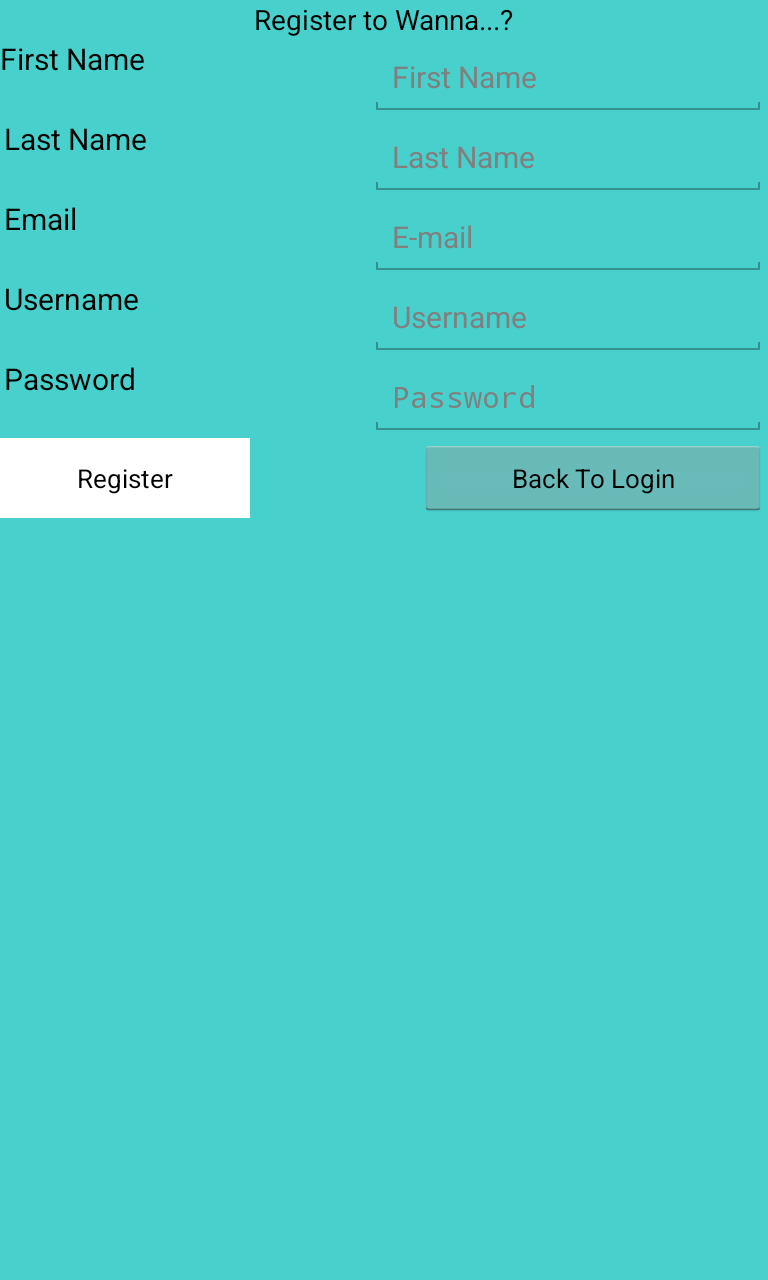
Repository: COMP231-S63G1/COMP231-S63G1
Layout: Wanna/res/layout/register.xml
The author's editor kept a copy of each file at every save. The layout is drawn from the files as they stood at one save, then again after the next save.
It is drawn on a 768 x 1280 px phone screen (xhdpi) without system bars, with theme AppTheme; the app's code is not run.

Above is the layout before, as saved 2014-10-24 14:53:39.

### Wanna/res/layout/register.xml
<?xml version="1.0" encoding="utf-8"?>
<RelativeLayout xmlns:android="http://schemas.android.com/apk/res/android"
                android:orientation="vertical"
                android:layout_width="fill_parent"
                android:layout_height="fill_parent"
                android:background="#48D1CC"
                >
    <TextView
            android:layout_width="wrap_content"
            android:layout_height="wrap_content"
            android:text="@string/registerTo"
            android:id="@+id/textView" android:layout_gravity="center"
            android:layout_alignParentTop="true"
            android:layout_centerHorizontal="true"
            android:textColor="#000000"/>

    <TextView
            android:layout_width="125dp"
            android:layout_height="40dp"
            android:text="First Name"
            android:id="@+id/textView2"
            android:textColor="#000000"
            android:layout_below="@+id/textView"
            android:layout_alignParentLeft="true"
            android:textSize="15dp"/>

    <EditText
            android:layout_width="200dp"
            android:layout_height="40dp"
            android:id="@+id/fname"
            android:hint="First Name"
            android:textColor="#000000"
            android:layout_alignTop="@+id/textView2"
            android:layout_alignParentRight="true"
            android:textSize="15dp"/>

    <TextView
            android:layout_width="125dp"
            android:layout_height="40dp"
            android:text="Last Name"
            android:textColor="#000000"
            android:id="@+id/textView3"
            android:layout_below="@+id/textView2"
            android:layout_toLeftOf="@+id/textView"
            android:textSize="15dp"/>

    <EditText
            android:layout_width="200dp"
            android:layout_height="40dp"
            android:textColor="#000000"
            android:id="@+id/lname"
            android:hint="Last Name"
            android:layout_alignTop="@+id/textView3"
            android:layout_alignParentRight="true"
            android:textSize="15dp"/>

    <TextView
            android:layout_width="125dp"
            android:layout_height="40dp"
            android:textColor="#000000"
            android:text="Email"
            android:id="@+id/textView4"
            android:layout_below="@+id/textView3"
            android:layout_alignRight="@+id/textView3"
            android:textSize="15dp"/>

    <EditText
            android:layout_width="200dp"
            android:layout_height="40dp"
            android:textColor="#000000"
            android:inputType="textEmailAddress"
            android:ems="10"
            android:id="@+id/email"
            android:hint="E-mail"
            android:layout_below="@+id/lname"
            android:layout_alignParentRight="true"
            android:textSize="15dp"/>

    <TextView
            android:layout_width="125dp"
            android:layout_height="40dp"
            android:textColor="#000000"
            android:text="Username"
            android:id="@+id/textView5"
            android:layout_below="@+id/textView4"
            android:layout_alignRight="@+id/textView4"
            android:textSize="15dp"/>

    <EditText
            android:layout_width="200dp"
            android:layout_height="40dp"
            android:textColor="#000000"
            android:id="@+id/uname"
            android:hint="Username"
            android:layout_alignTop="@+id/textView5"
            android:layout_alignParentRight="true"
            android:textSize="15dp"/>

    <EditText
            android:layout_width="200dp"
            android:layout_height="40dp"
            android:textColor="#000000"
            android:inputType="textPassword"
            android:ems="10"
            android:id="@+id/pword"
            android:hint="Password"
            android:layout_alignLeft="@+id/uname"
            android:layout_below="@+id/textView5"
            android:textSize="15dp"/>

    <TextView
            android:layout_width="125dp"
            android:layout_height="40dp"
            android:textColor="#000000"
            android:text="Password"
            android:id="@+id/textView6"
            android:layout_alignTop="@+id/pword"
            android:layout_alignRight="@+id/textView5"
            android:textSize="15dp"/>

    <Button
            android:layout_width="200dp"
            android:layout_height="40dp"
            android:textColor="#000000"
            android:text="Register"
            android:id="@+id/register"
            android:layout_below="@+id/textView6"
            android:layout_alignRight="@+id/textView2"
            android:textSize="13dp"
            android:background="#FFFFFF"
            />

    <Button
            android:layout_width="175dp"
            android:layout_height="40dp"
            android:textColor="#000000"
            android:text="Back To Login"
            android:id="@+id/bktologin"
            android:layout_below="@+id/pword"
            android:layout_alignParentRight="true"
            android:textSize="13dp"/>

    <TextView
            android:layout_width="fill_parent"
            android:layout_height="56dp"
            android:textColor="#000000"
            android:id="@+id/register_error"
            android:layout_below="@+id/register"
            android:layout_alignParentRight="true"/>

</RelativeLayout>

### Wanna/res/values/strings.xml
<?xml version="1.0" encoding="utf-8"?>
<resources>

    <string name="app_name">Wanna...?</string>
    <string name="hello_world">Hello world!</string>
    <string name="action_settings">Settings</string>
    <string name="welcome">Wanna...?</string>
    <string name="email">E-mail</string>
    <string name="enterButton"> ENTER </string>
    <string name="title_activity_register_login">RegisterLogin</string>
    <string name="title_activity_home_page">Home</string>
    <string name="login">LOGIN</string>
    <string name="register">REGISTER</string>
    <string name="username">Username</string>
    <string name="name">Name</string>
    <string name="password">Password</string>
    <string name="forgetPassword">Forgot Password</string>
    <string name="retypePassword">Retype Password</string>
    <string name="changePass">Change your Password</string>
    <string name="newPass">New Password</string>
    <string name="registerTo">Register to Wanna...?</string>
    <string name="loginButton">LOGIN</string>
    <string name="title_activity_create_event">Create Event</string>
    <string name="eventName">Event Name: </string>
    <string name="eventDescription">Description: </string>
    <string name="eventDate">Date: </string>
    <string name="eventTime">Time: </string>
    <string name="eventVenue">Venue: </string>
    <string name="eventLocation">Address: </string>
    <string name="eventPrice">Price range: </string>
    <string name="eventPurchase">Buy tickets now!</string>
    <string name="gender">Gender</string>
    <string name="genderMale">Male</string>
    <string name="genderFemale">Female</string>
    <string name="age">Age</string>
    <string name="description">Description</string>
    <string name="done">Done</string>
    <string name="cancel">Cancel</string>
    <string name="activity_profile_form">Profile Form</string>
    <string name="uploadImage">Upload Image</string>
    <string name="hintEventTime">Ex. 12am</string>
    <string name="hintEventDate">Ex. 1/1/2014</string>
    <string name="hintPrice">Ex. $35-$45</string>
    <string name="buttonCreateEvent">Create!</string>
    <string name="btnSearch">Search</string>
    <string name="searchEvent">Search Event</string>

    <string-array name="createEventArray">
        <item>Select Event Type</item>
        <item>Sports</item>
        <item>Entertainment</item>
    </string-array>

    <string name="title_activity_search_event">Wanna?</string>

</resources>

Loaded but not shown: Wanna/res/values/styles.xml (common file); Wanna/res/values-v11/styles.xml (common file); Wanna/res/values-v14/styles.xml (common file)

After the next save:
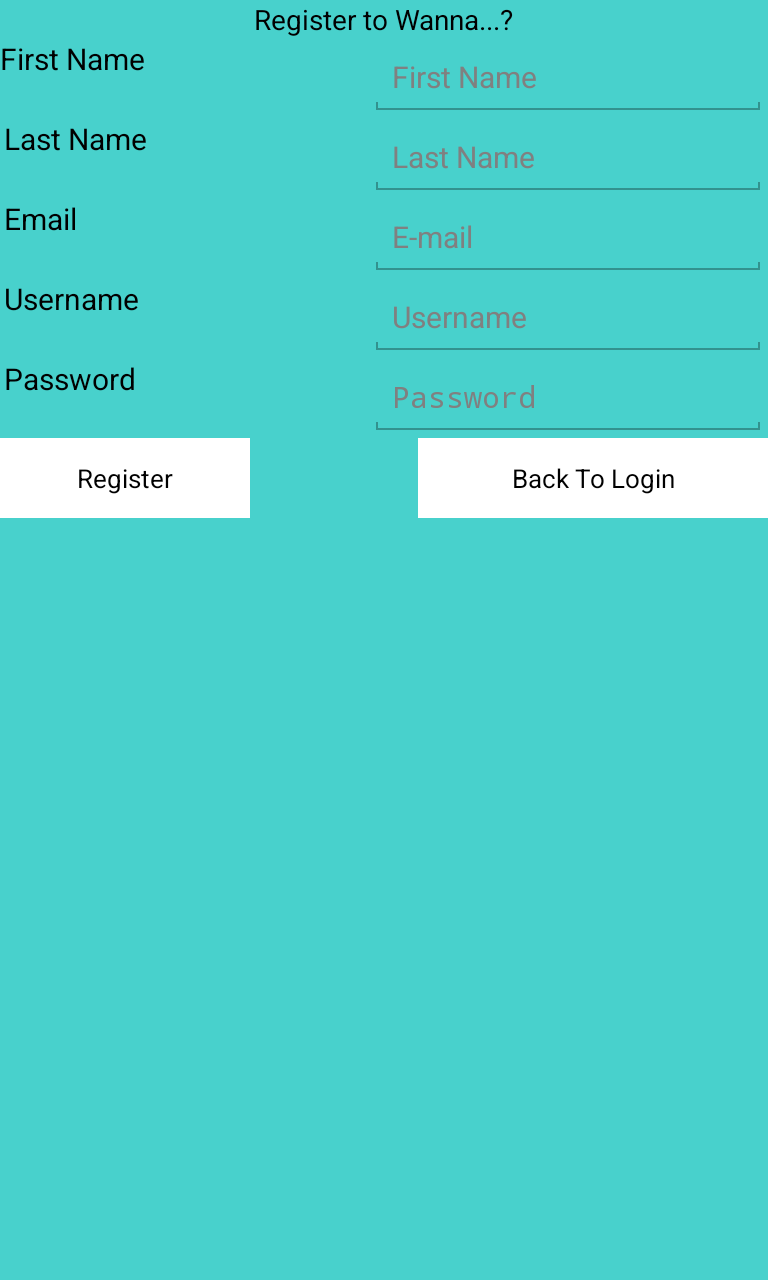
Saved 33 s later.
--- a/Wanna/res/layout/register.xml
+++ b/Wanna/res/layout/register.xml
@@ -138,7 +138,9 @@
             android:id="@+id/bktologin"
             android:layout_below="@+id/pword"
             android:layout_alignParentRight="true"
-            android:textSize="13dp"/>
+            android:textSize="13dp"
+            android:background="#ffffff"
+            />
 
     <TextView
             android:layout_width="fill_parent"
